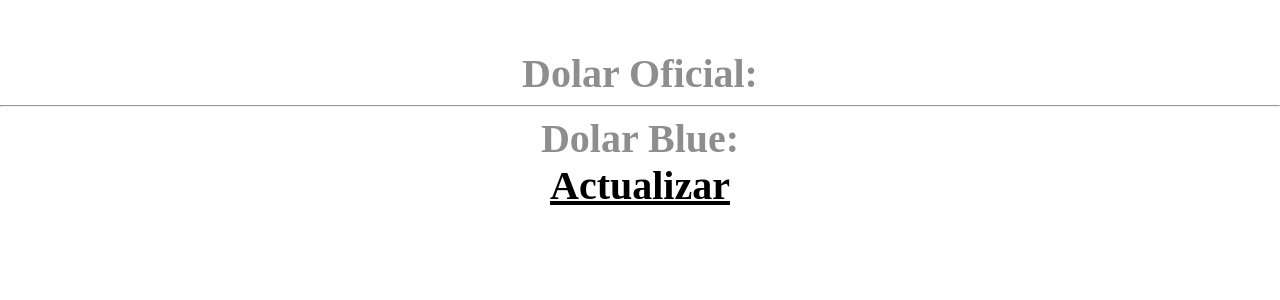
Repository: matias4633/Bill-Metal
Page: BillMetal/widget/BillMetal/index.html
These files come from the project's save history. The page is drawn as it stood at one moment and after the next save; the edit follows.
The browser window is 1280 px wide. The pictures show the whole page.
The page's requests for data from a server got no answer.

Above is the page before, as saved 2022-07-15 07:59:59.
Console error (its wording comes from the project's code and is left out).

After the next save:
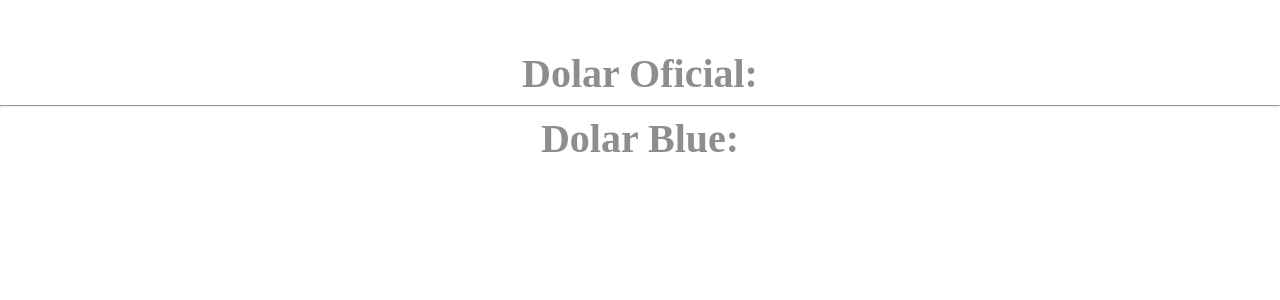
Saved 99 s later.
--- a/BillMetal/widget/BillMetal/index.html
+++ b/BillMetal/widget/BillMetal/index.html
@@ -25,7 +25,7 @@
                     <div id="blue"></div>
                 </div>
                 <div id="hora"></div>
-                <div id="contactualizar"><a id="actualizar" href="javascript:location.reload()">Actualizar</a>
+
                 </div>
             </p>
 
--- a/BillMetal/widget/BillMetal/css/style.css
+++ b/BillMetal/widget/BillMetal/css/style.css
@@ -48,9 +48,7 @@ body {
     text-align: center;
     color: #079a7d;
 }
-#contactualizar {
-    text-align: center;
-}
+
 #hora {
     font-weight: bold;
     font-size: 20px;
@@ -58,8 +56,3 @@ body {
     text-align:center;
     font-style: italic;
 }
-#actualizar {
-    font-weight: bold;
-    font-size: 40px;
-    color: black;
-}
